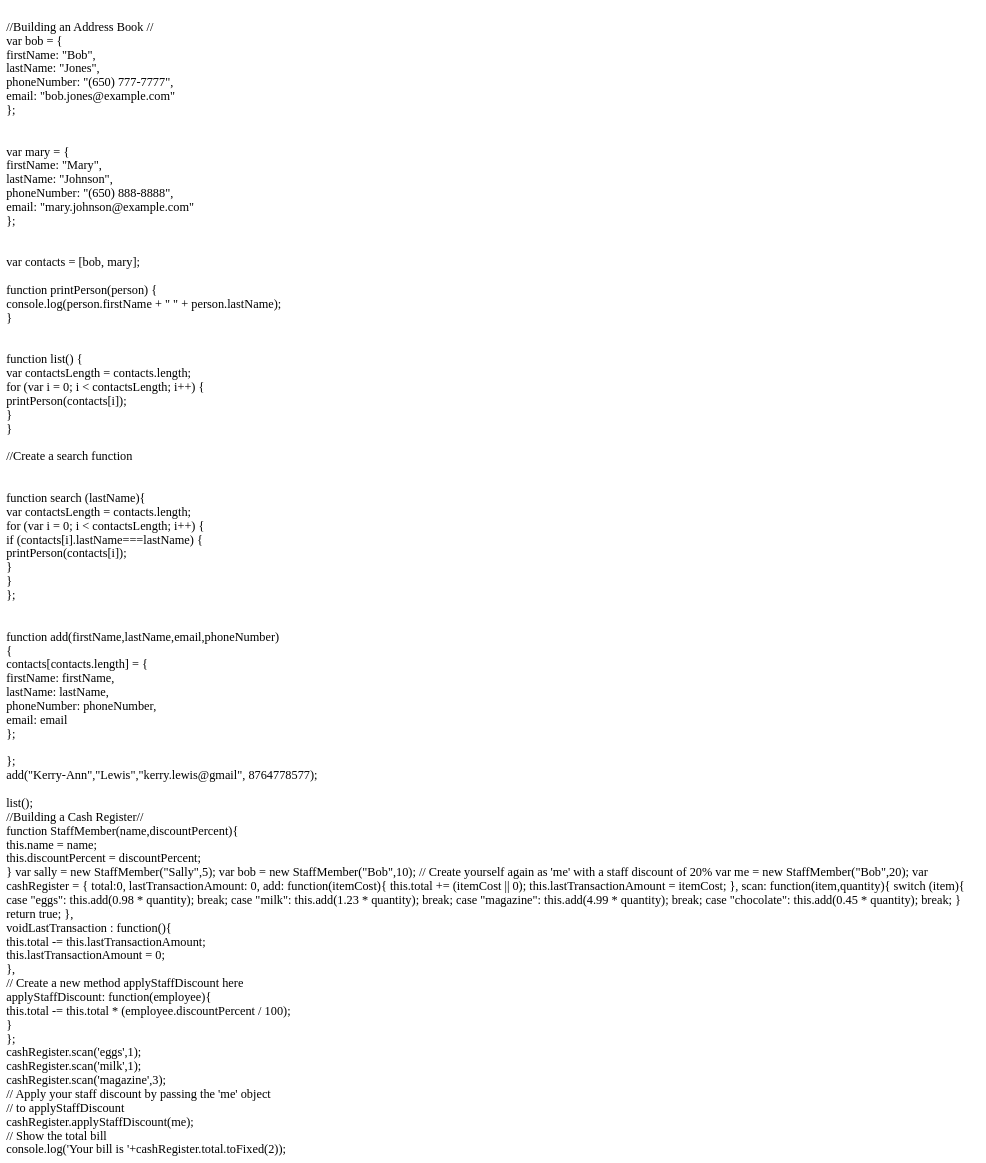
Repository: kernicole/info2180project1
Page: script.html
The author's editor kept a record of every edit. The page is drawn from the files as they stood at one moment, then again after the next edit.
The browser window is 1280 px wide. The pictures show the whole page, at 77% of full size.

Above is the page before.

After the next edit:
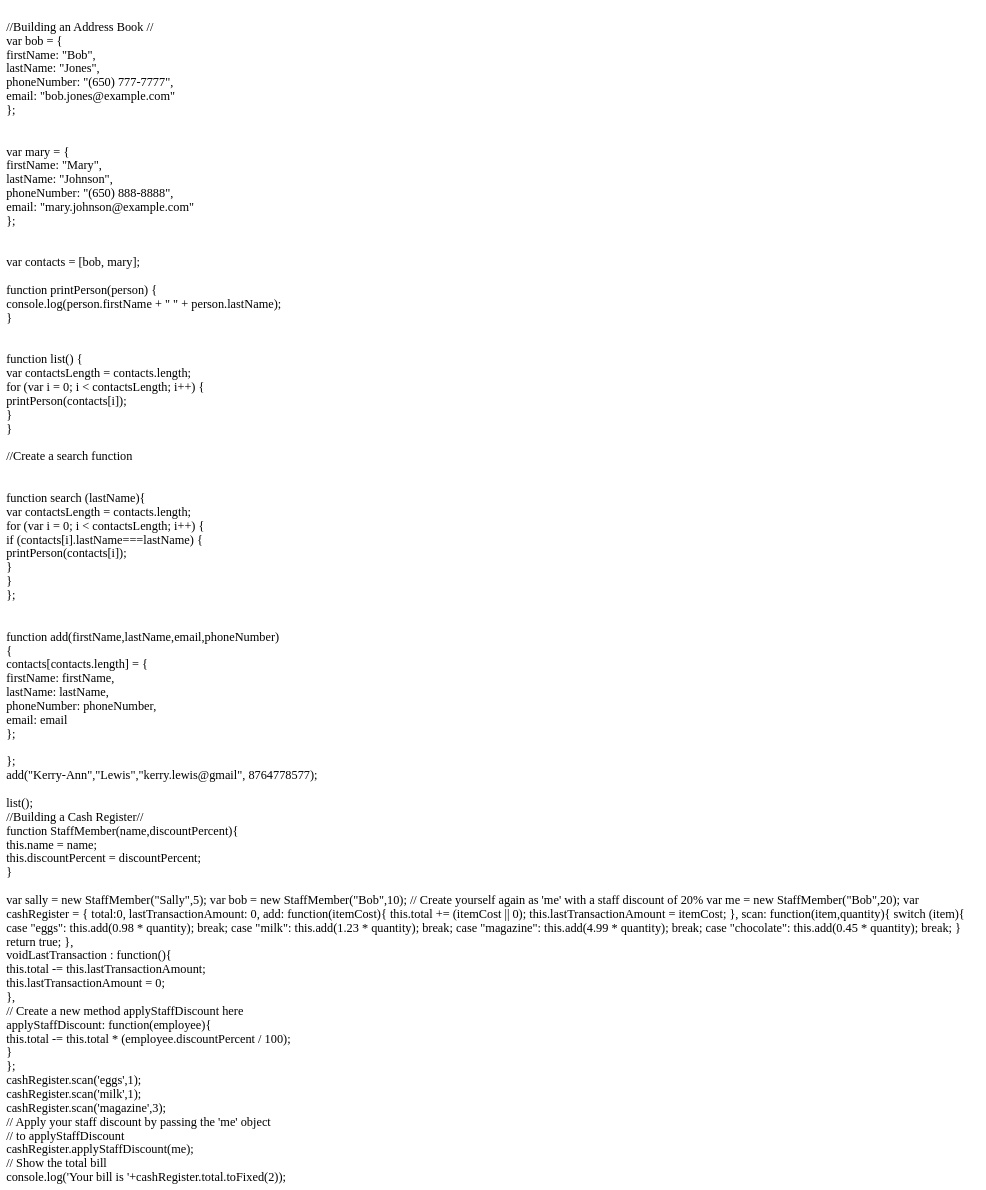
The edit:
--- a/script.html
+++ b/script.html
@@ -81,8 +81,8 @@
 <br/>    this.name = name;
  <br/>   this.discountPercent = discountPercent;
 <br/>}
-
-var sally = new StaffMember("Sally",5);
+<br/>
+<br/>var sally = new StaffMember("Sally",5);
 var bob = new StaffMember("Bob",10);
 
 // Create yourself again as 'me' with a staff discount of 20%
